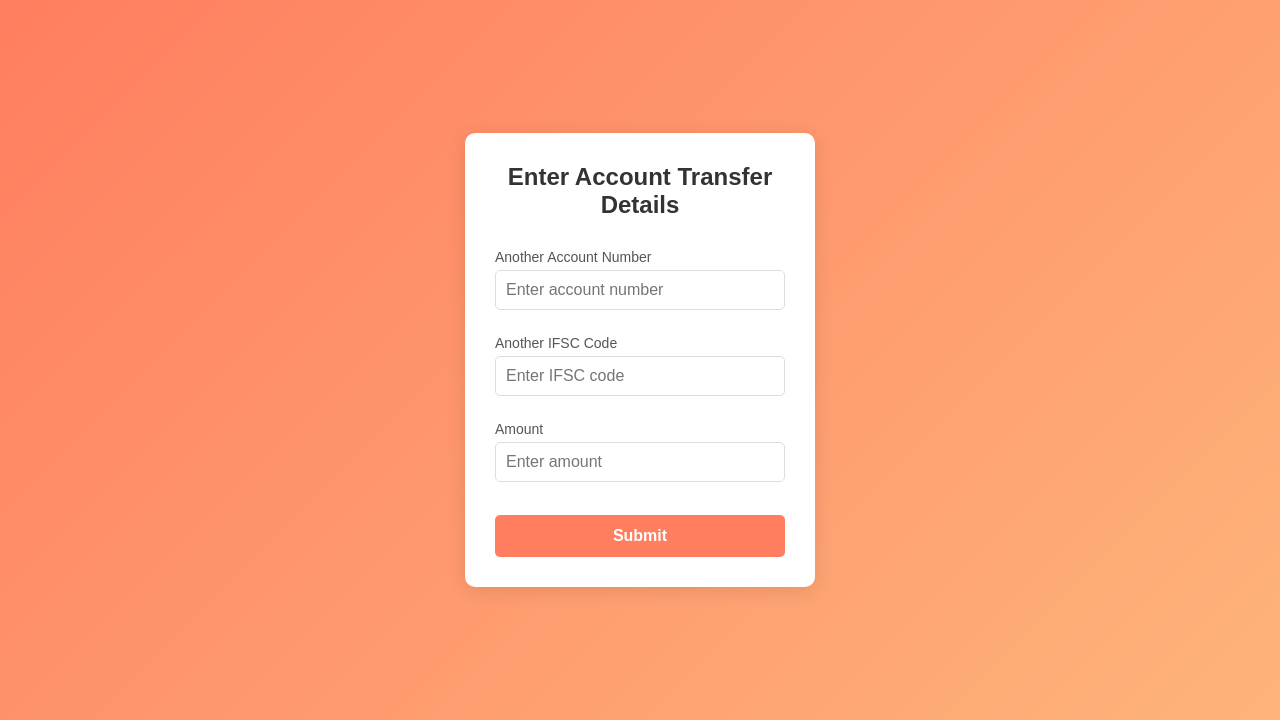
Repository: PeruriNaresh/Bank_Project
Page: http://localhost/bank_project/Transaction.jsp
An editor plug-in stored every save of this project. The page is shown before and after the next save, followed by the edit.
The browser window is 1280 px wide. The pictures show the whole page.
The page is served by Tomcat 9.

Above is the page before, as saved 2024-10-26 10:25:38.

After the next save:
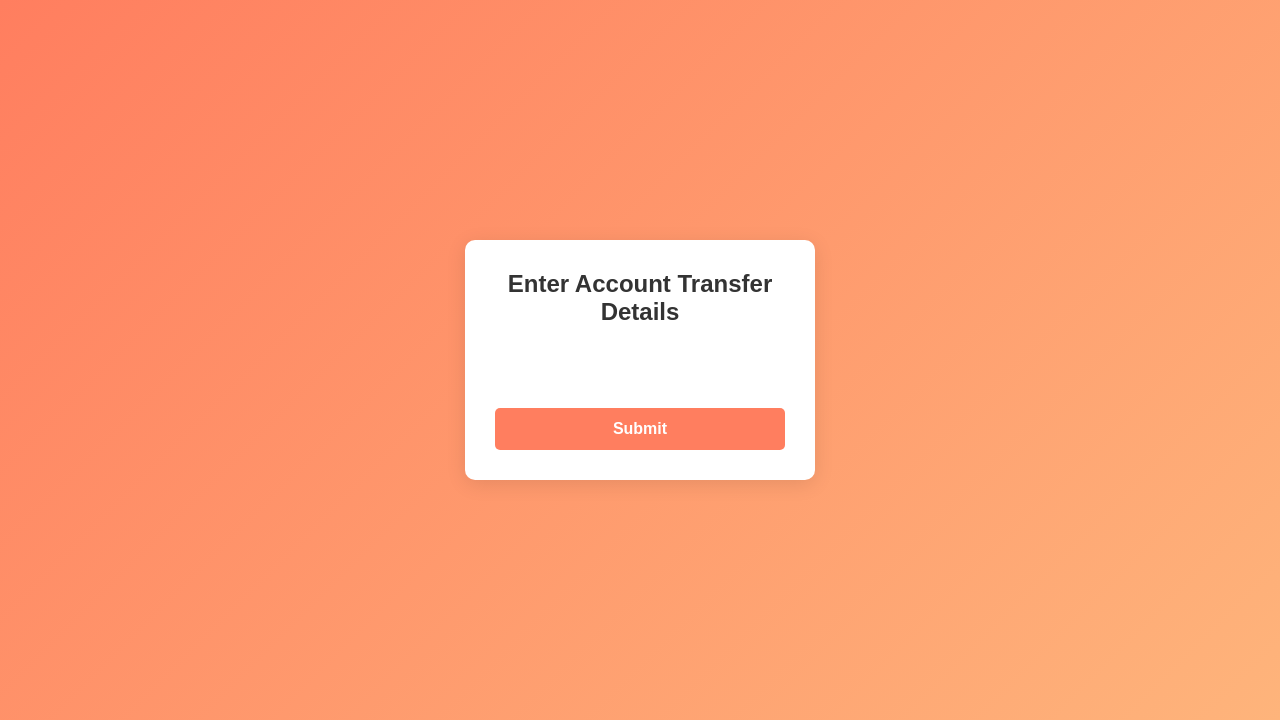
Saved 12 min 10 s later.
--- a/bank_project/src/main/webapp/Transaction.jsp
+++ b/bank_project/src/main/webapp/Transaction.jsp
@@ -1,3 +1,4 @@
+<%@page import="bank_dto.Bank"%>
 <%@ page language="java" contentType="text/html; charset=UTF-8"
     pageEncoding="UTF-8"%>
 <!DOCTYPE html>
@@ -84,6 +85,9 @@
 <div class="form-container">
     <h1>Enter Account Transfer Details</h1>
     <form action="transfer" method="post">
+    	<% Bank bank =(Bank)session.getAttribute("bank");
+    	if(bank!=null)
+    	{%>
         <label for="anotherAccountNumber">Another Account Number</label>
         <input type="text" id="anotherAccountNumber" name="anotherAccountNumber" placeholder="Enter account number" required>
 
@@ -92,7 +96,12 @@
 
         <label for="amount">Amount</label>
         <input type="number" id="amount" name="amount" placeholder="Enter amount" required>
-		<%String msg=(String)request.getAttribute("msg");
+		<%}
+    	else
+    	{
+    		out.println("<h3 style='color:white'>Create account to make transactions</h3>");
+    	}
+    	String msg=(String)request.getAttribute("msg");
 		if(msg!=null)
 		{
 			out.println("<p>"+msg+"</p>");
